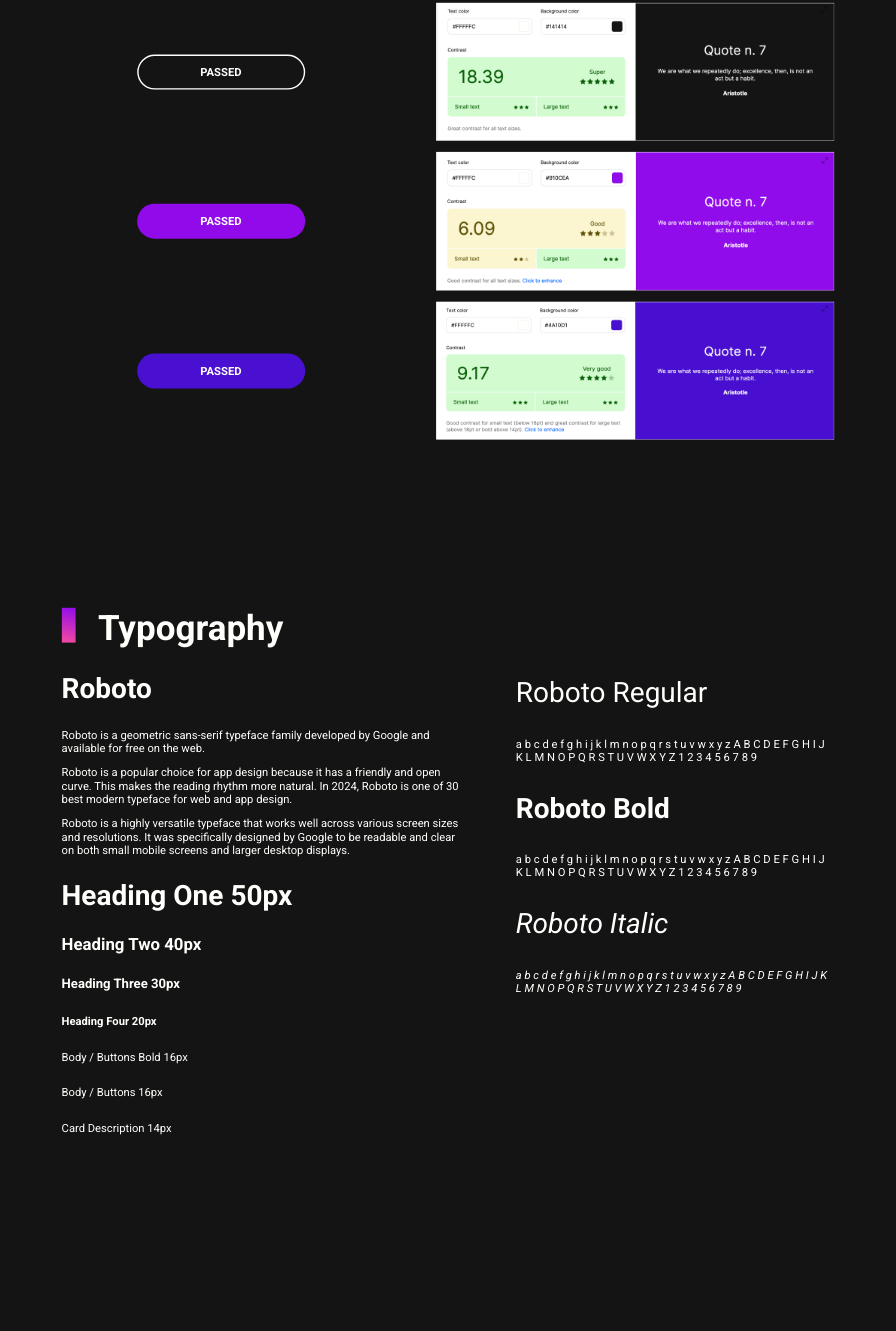
Repository: MonicaNguyenH/artflow_frontend_vanJS
Page: index.html
The author's editor kept a copy of each file at every save. The page is drawn from the files as they stood at one save, then again after the next save.
The browser window is 1280 px wide. The pictures show the part of the page from y = 3420 to 5340 px (the page is 5321 px tall before and 5340 px after), at 70% of full size.
Some web fonts or font styles are not loaded; a fallback is used.

Above is the page before, as saved 2024-04-05 16:28:28.

After the next save:
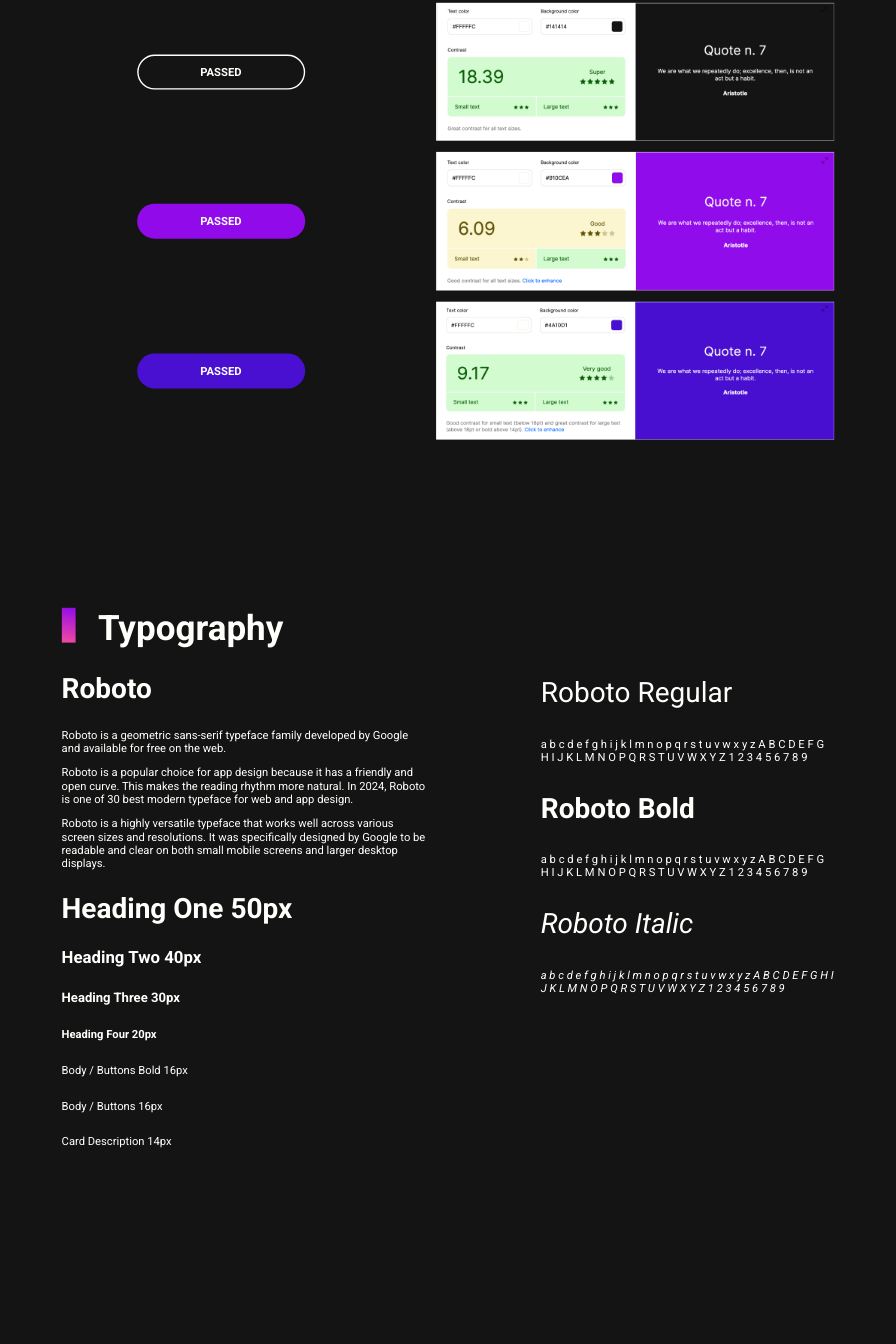
Saved 7 min 29 s later.
--- a/css/style.css
+++ b/css/style.css
@@ -386,7 +386,7 @@ input:checked + .slider:before {
 
 /*********** TYPOGRAPHY **********/
 .typography {
-    column-gap: 5rem;
+    column-gap: 10rem;
 }
 
 .roboto-usage {
